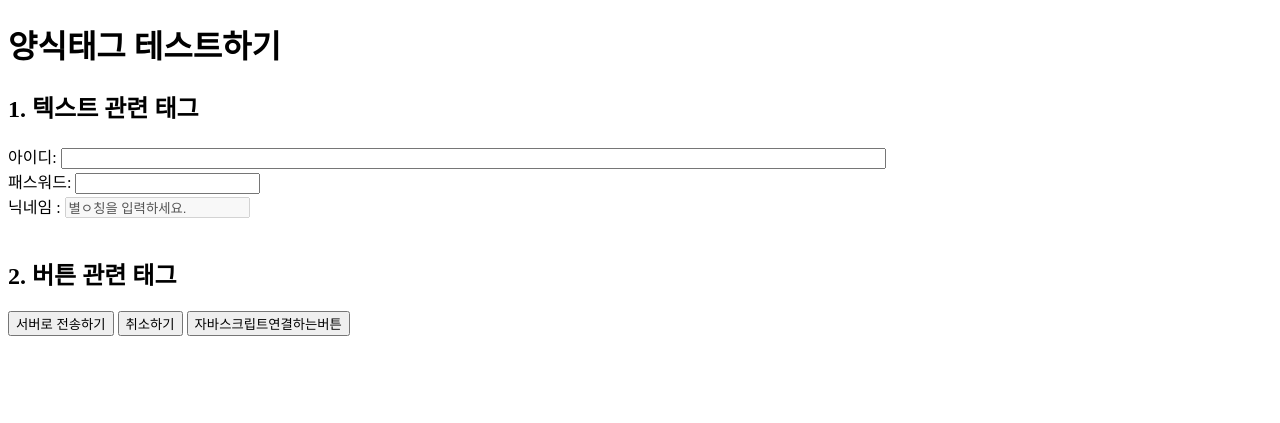
Repository: snowcuphea/webwork_class
Page: clientweb/WebContent/html/formTest.html
These files come from the project's save history. The page is drawn as it stood at one moment and after the next save; the edit follows.
The browser window is 1280 px wide. The pictures show the whole page.

Above is the page before, as saved 2020-01-02 06:47:55.

After the next save:
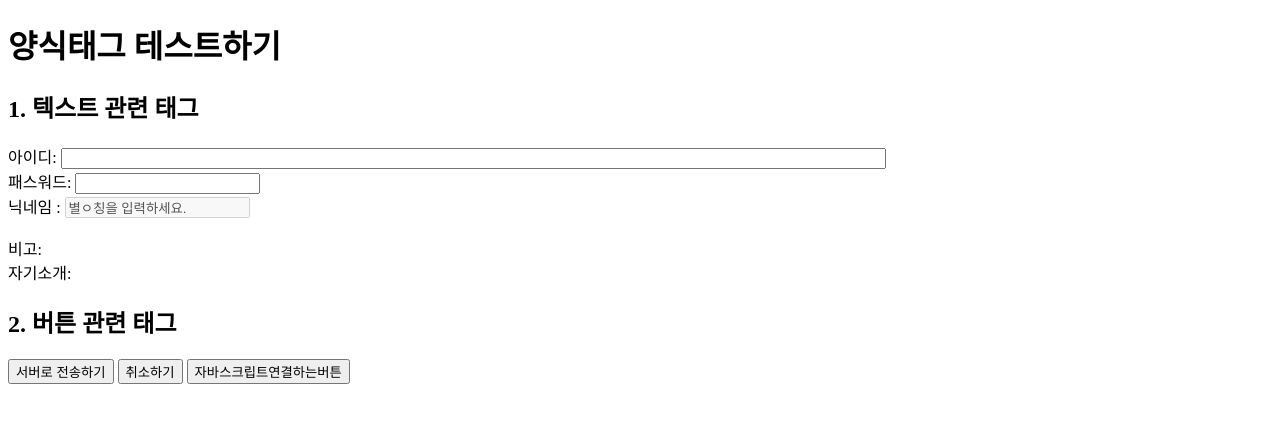
Saved 67 s later.
--- a/clientweb/WebContent/html/formTest.html
+++ b/clientweb/WebContent/html/formTest.html
@@ -13,6 +13,8 @@
 		닉네임 : <input type = "text" name="nickname"
 			value="별ㅇ칭을 입력하세요. "  disabled="disabled"><br/>
 		 <br/>
+		 비고: <br/1>
+		 <textrea ros="30", cols"30"e>자기소개:</textrea>
 
 		<h2>2. 버튼 관련 태그</h2>
 		<input type = "submit" value="서버로 전송하기"/>
